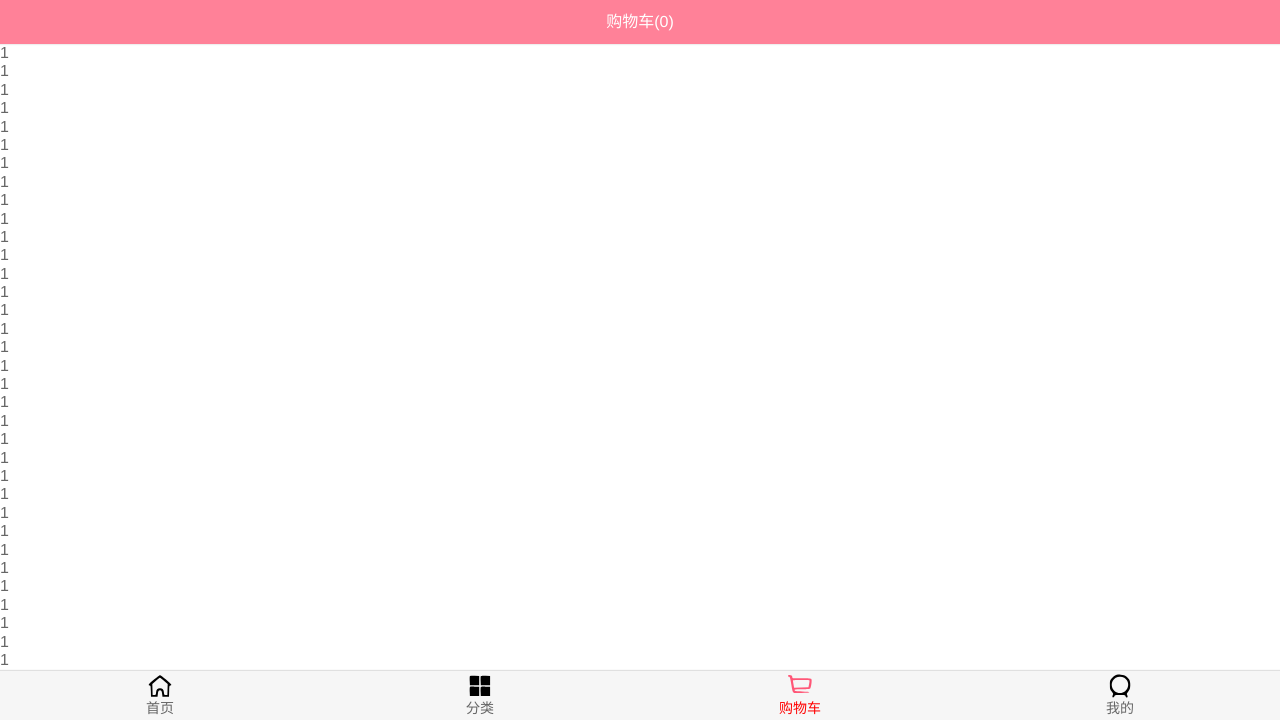
Repository: shihaowengit/mall
Page: /cart
An editor plug-in stored every save of this project. The page is shown before and after the next save, followed by the edit.
The browser window is 1280 px wide. The pictures show the whole page.
The project was rebuilt for these pictures with package versions that can differ from the ones it lists, and the page was loaded fresh each time. Also part of the build but not shown: vue.config.js, src/views/cart/childComps/CheckButton.vue, src/views/cart/childComps/CartListItem.vue.

Above is the page before, as saved 2019-12-02 09:48:16.

After the next save:
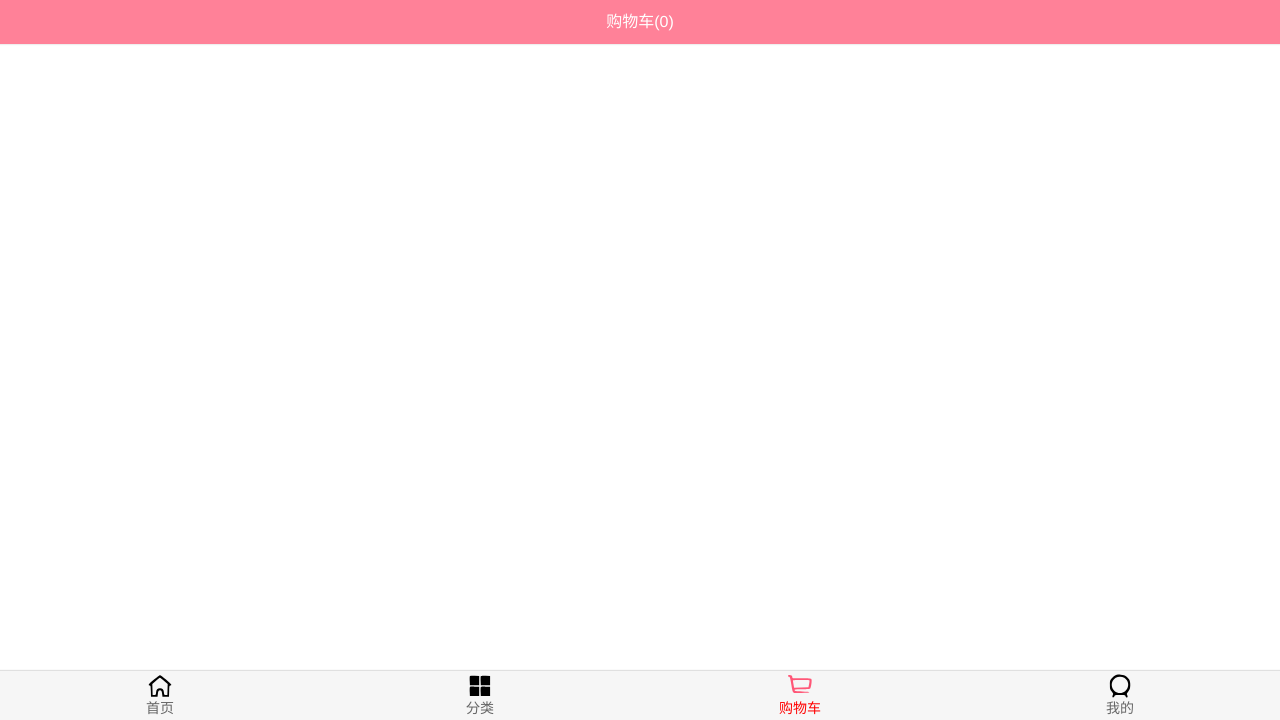
Saved 11 s later.
--- a/src/views/cart/childComps/CartList.vue
+++ b/src/views/cart/childComps/CartList.vue
@@ -4,7 +4,7 @@
     <!-- <div class="cart-list">
       <cart-list-item v-for="item in cartList" :key="item.iid" :item-info="item"></cart-list-item>
     </div> -->
-    <ul>
+    <!-- <ul>
       <li>1</li>
       <li>1</li>
       <li>1</li>
@@ -47,7 +47,7 @@
       <li>1</li>
       <li>1</li>
       <li>1</li>
-    </ul>
+    </ul> -->
   </scroll>
 </div>
 </template>

After the 4 saves that followed:
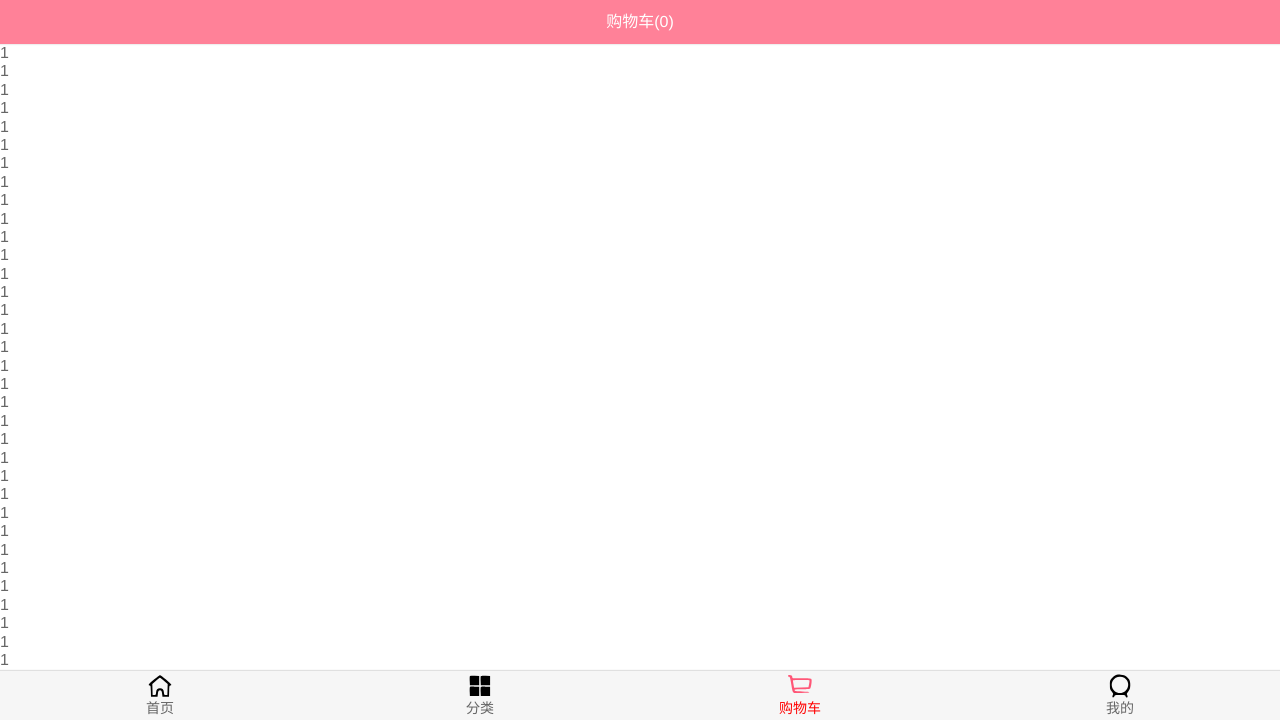
The 4 saves are shown as one change because 3 left the picture as it was.
The last was saved 3 min 42 s later.
--- a/src/views/cart/childComps/CartList.vue
+++ b/src/views/cart/childComps/CartList.vue
@@ -4,7 +4,7 @@
     <!-- <div class="cart-list">
       <cart-list-item v-for="item in cartList" :key="item.iid" :item-info="item"></cart-list-item>
     </div> -->
-    <!-- <ul>
+    <ul>
       <li>1</li>
       <li>1</li>
       <li>1</li>
@@ -47,7 +47,7 @@
       <li>1</li>
       <li>1</li>
       <li>1</li>
-    </ul> -->
+    </ul>
   </scroll>
 </div>
 </template>
@@ -72,10 +72,10 @@
 
 <style scoped>
   .cart-list {
-    height: 100vh;
+    height: calc(100% - 44px - 49px);
   }
 
   .scroll {
-    height: calc(100% - 44px - 49px);
+    height: 100%;
   }
 </style>
